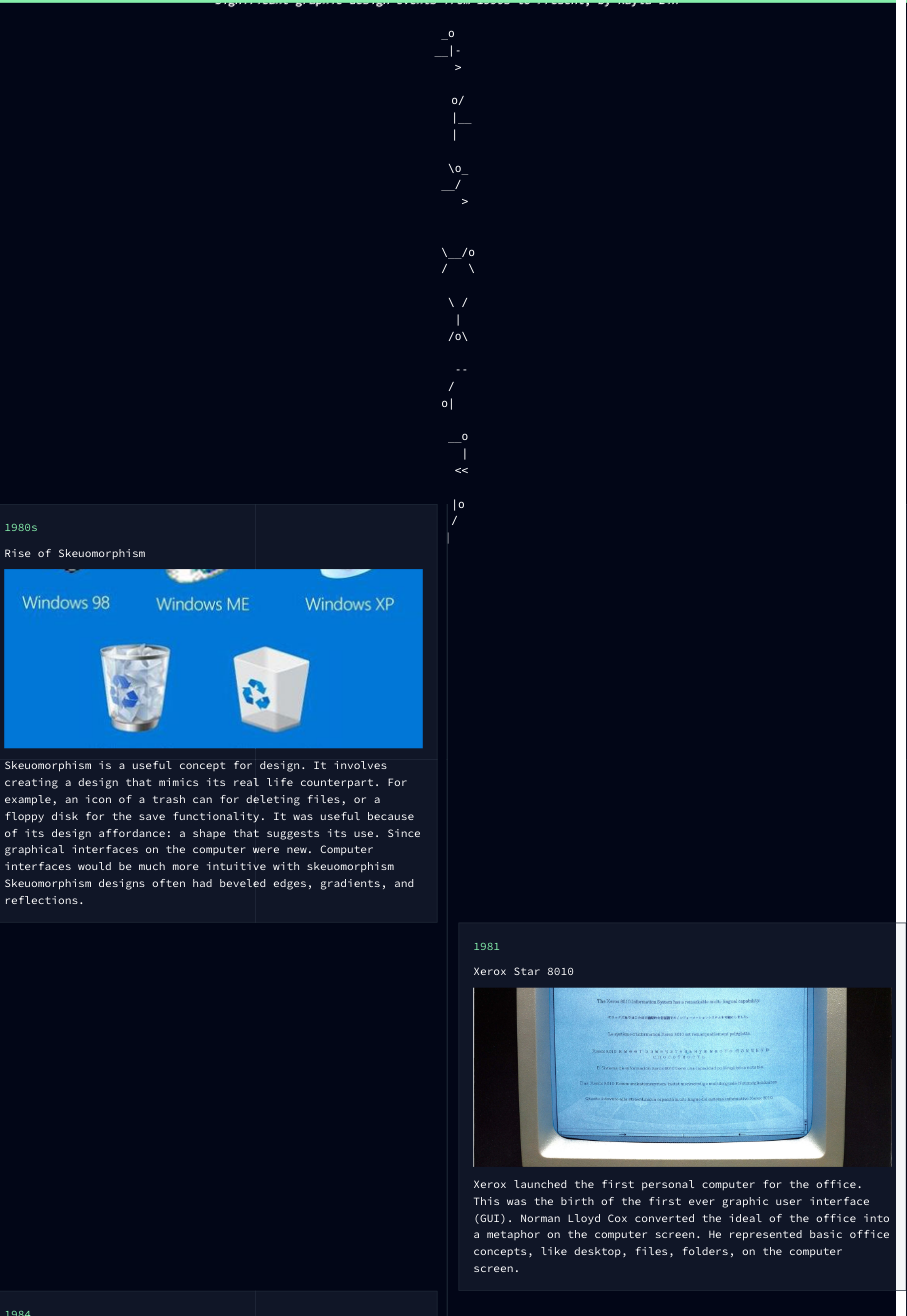
Repository: kayla-lin/graphic-design-timeline
Page: /
The author's editor kept a copy of each file at every save. The page is drawn from the files as they stood at one save, then again after the next save.
The browser window is 1280 px wide. The page is 1295 px wide, so the pictures cover 1295 px, including what lies to the right of the window. The pictures show the part of the page from y = 0 to 1880 px (the page is 13822 px tall), at 70% of full size.
The project was rebuilt for these pictures with package versions that can differ from the ones it lists, and the page was loaded fresh each time. The framework's server and built-in components were replaced by stand-ins that run in the browser. Also part of the build but not shown: next.config.js.

Above is the page before, as saved 2023-05-01 22:53:15.

### styles/globals.css
@tailwind base;
@tailwind components;
@tailwind utilities;

/* Top progress bar */

.progress-bar {
  position: fixed;
  top: 0;
  left: 0;
  right: 0;
  height: 10px;
  background: red;
  transform-origin: 0%;
}

/* Glitch effect */

.glitch {
  animation: glitch 1s linear infinite;
}

@keyframes glitch {
  2%,
  64% {
    transform: translate(2px, 0) skew(0deg);
  }
  4%,
  60% {
    transform: translate(-2px, 0) skew(0deg);
  }
  62% {
    transform: translate(0, 0) skew(5deg);
  }
}

.glitch:before,
.glitch:after {
  content: attr(title);
  position: absolute;
  left: 0;
}

.glitch:before {
  animation: glitchTop 1s linear infinite;
  clip-path: polygon(0 0, 100% 0, 100% 33%, 0 33%);
  -webkit-clip-path: polygon(0 0, 100% 0, 100% 33%, 0 33%);
}

@keyframes glitchTop {
  2%,
  64% {
    transform: translate(2px, -2px);
  }
  4%,
  60% {
    transform: translate(-2px, 2px);
  }
  62% {
    transform: translate(13px, -1px) skew(-13deg);
  }
}

.glitch:after {
  animation: glitchBotom 1.5s linear infinite;
  clip-path: polygon(0 67%, 100% 67%, 100% 100%, 0 100%);
  -webkit-clip-path: polygon(0 67%, 100% 67%, 100% 100%, 0 100%);
}

@keyframes glitchBotom {
  2%,
  64% {
    transform: translate(-2px, 0);
  }
  4%,
  60% {
    transform: translate(-2px, 0);
  }
  62% {
    transform: translate(-22px, 5px) skew(21deg);
  }
}

### pages/components/Introduction/index.tsx
/* eslint-disable @next/next/no-sync-scripts */
import React from "react";
import Script from "next/script";

const Introduction = () => {
  var frame1 = ["<pre><code>", " _o", "__|-", "   >", "</code></pre>"].join(
    "\n"
  );
  var frame2 = [
    "<pre><code>",
    "    o/",
    "    |__",
    "    |",
    "</code></pre>",
  ].join("\n");

  var frame3 = [
    "<pre><code>",
    "   \\o_",
    "  __/",
    "     >",
    "</code></pre>",
  ].join("\n");

  var frame4 = [
    "<pre><code>",
    "      ",
    "   \\__/o",
    "   /   \\",
    "</code></pre>",
  ].join("\n");

  var frame5 = [
    "<pre><code>",
    "   \\ /",
    "    |",
    "   /o\\",
    "</code></pre>",
  ].join("\n");

  var frame6 = ["<pre><code>", "    --", "   /", "  o|", "</code></pre>"].join(
    "\n"
  );

  var frame7 = [
    "<pre><code>",
    "   __o",
    "     |",
    "    <<",
    "</code></pre>",
  ].join("\n");

  var frame8 = ["<pre><code>", "   |o", "   /", "  |", "</code></pre>"].join(
    "\n"
  );

  return (
    <section className="h-screen w-screen text-white flex flex-col justify-center items-center relative">
      <h1
        title="The Digital Revolution"
        className="glitch text-5xl text-green-300"
      >
        The Digital Revolution
      </h1>
      <div
        className="glitch"
        title="Significant graphic design events from 1990s to Present,
        by Kayla Lin"
      >
        Significant graphic design events from 1990s to Present, by Kayla Lin
      </div>

      <span dangerouslySetInnerHTML={{ __html: frame1 }}></span>
      <span dangerouslySetInnerHTML={{ __html: frame2 }}></span>
      <span dangerouslySetInnerHTML={{ __html: frame3 }}></span>
      <span dangerouslySetInnerHTML={{ __html: frame4 }}></span>
      <span dangerouslySetInnerHTML={{ __html: frame5 }}></span>
      <span dangerouslySetInnerHTML={{ __html: frame6 }}></span>
      <span dangerouslySetInnerHTML={{ __html: frame7 }}></span>
      <span dangerouslySetInnerHTML={{ __html: frame8 }}></span>

      <div id="fscroller"></div>
    </section>
  );
};

export default Introduction;

### pages/components/TimelineElement/index.tsx
import Image from "next/image";
import React, { FC, useEffect } from "react";
import { useAnimation, motion } from "framer-motion";
import { useInView } from "react-intersection-observer";
import Link from "next/link";

interface Props {
  title: string;
  date: string;
  desc: string[];
  img?: string;
  index?: number;
  href?: string;
  hrefTitle?: string;
}

const TimelineElement: FC<Props> = ({
  title,
  desc,
  img,
  date,
  index,
  href,
  hrefTitle,
}) => {
  const controls = useAnimation();
  const [ref, inView] = useInView();

  const isEven = index && index % 2;

  const squareVariants = {
    visible: {
      opacity: 1,
      left: isEven ? 15 : -15,
      transition: { duration: 0.5 },
    },
    hidden: { opacity: 0, left: isEven ? 100 : -100 },
  };

  useEffect(() => {
    if (inView) {
      controls.start("visible");
    }
  }, [controls, inView]);

  return (
    <motion.div
      ref={ref}
      animate={controls}
      initial="hidden"
      variants={squareVariants}
      className={`w-1/2 relative text-white bg-slate-400 bg-opacity-10 p-5 border border-gray-800 flex flex-col gap-3 ${
        isEven ? "self-end left-5" : "self-start right-5"
      }`}
    >
      <span className="text-green-300">{date}</span>
      <h1>{title}</h1>
      {img && (
        <div className="h-64 w-100 relative">
          <Image
            src={`/img/${img}`}
            alt={title}
            layout="fill"
            style={{ objectFit: "cover" }}
          />
        </div>
      )}
      {desc.map((text, index) => (
        <p key={index}>{text}</p>
      ))}
      {href && hrefTitle && (
        <Link
          href={href}
          target="_blank"
          className="text-green-300 hover:text-green-500 underline"
        >
          {hrefTitle}
        </Link>
      )}
    </motion.div>
  );
};

export default TimelineElement;

### pages/components/Timeline/index.tsx
import React, { FC, ReactNode } from "react";
import TimelineElements from "./TimelineElements";
import { useMotionValueEvent, useScroll, motion } from "framer-motion";

interface Props {
  children: ReactNode;
}

const Timeline: FC<Props> = ({ children }) => {
  const { scrollYProgress } = useScroll();
  const [hookedYPostion, setHookedYPosition] = React.useState(0);

  useMotionValueEvent(scrollYProgress, "change", (latest) => {
    setHookedYPosition(latest);
  });

  return (
    <section className="container mx-auto flex flex-col relative ">
      <svg
        height="210"
        width="500"
        className="right-1/2 w-0.5 h-full absolute z-20"
        preserveAspectRatio="none"
      >
        <motion.line
          x1="0"
          y1="0"
          pathLength="0.5"
          x2="0"
          y2={`${hookedYPostion * 97}%`}
          className="stroke-gray-800 opacity-80"
          style={{
            strokeWidth: "10",
            height: "100%",
            vectorEffect: "non-scaling-stroke",
          }}
        />
      </svg>
      <TimelineElements>{children}</TimelineElements>
    </section>
  );
};

export default Timeline;

### pages/components/ProgressBar/index.tsx
import React from "react";
import { motion, useScroll } from "framer-motion";

const ProgressBar = () => {
  const { scrollYProgress } = useScroll();

  return (
    <motion.div
      className="fixed top-0 left-0 right-0 h-1 bg-green-300 origin-[0%] z-50"
      style={{ scaleX: scrollYProgress }}
    />
  );
};

export default ProgressBar;

### pages/components/Timeline/TimelineElements/index.tsx
import React, { Children, FC, ReactNode } from "react";

interface Props {
  children: ReactNode;
}

const TimelineElements: FC<Props> = ({ children }) => {
  const mapped = Children.map(children, (child, index) => {
    if (React.isValidElement(child)) {
      return React.cloneElement(child, {
        ...child.props,
        index,
        isFirst: index === 0,
        isLast: !Array.isArray(children) || index === children.length - 1,
      });
    }
    return null;
  });
  return <>{mapped}</>;
};

export default TimelineElements;

Loaded but not shown: pages/_app.tsx (common file); pages/_document.tsx (common file); tailwind.config.js (common file); pages/index.tsx (210 lines, source omitted)

After the next save:
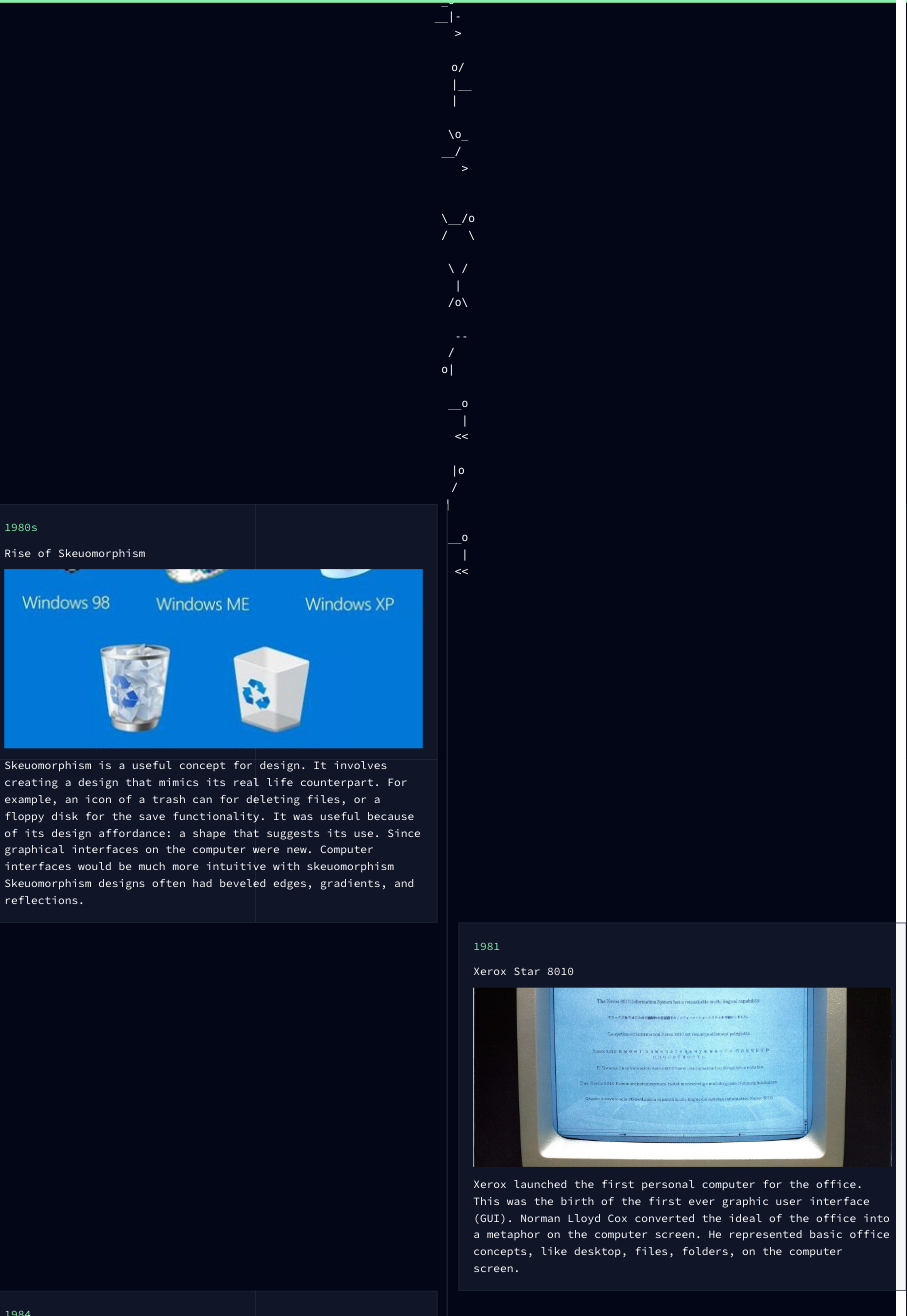
Saved 19 s later.
--- a/pages/components/Introduction/index.tsx
+++ b/pages/components/Introduction/index.tsx
@@ -54,6 +54,14 @@
     "\n"
   );
 
+  var frame9 = [
+    "<pre><code>",
+    "   __o",
+    "     |",
+    "    <<",
+    "</code></pre>",
+  ].join("\n");
+
   return (
     <section className="h-screen w-screen text-white flex flex-col justify-center items-center relative">
       <h1
@@ -78,6 +86,7 @@
       <span dangerouslySetInnerHTML={{ __html: frame6 }}></span>
       <span dangerouslySetInnerHTML={{ __html: frame7 }}></span>
       <span dangerouslySetInnerHTML={{ __html: frame8 }}></span>
+      <span dangerouslySetInnerHTML={{ __html: frame9 }}></span>
 
       <div id="fscroller"></div>
     </section>
